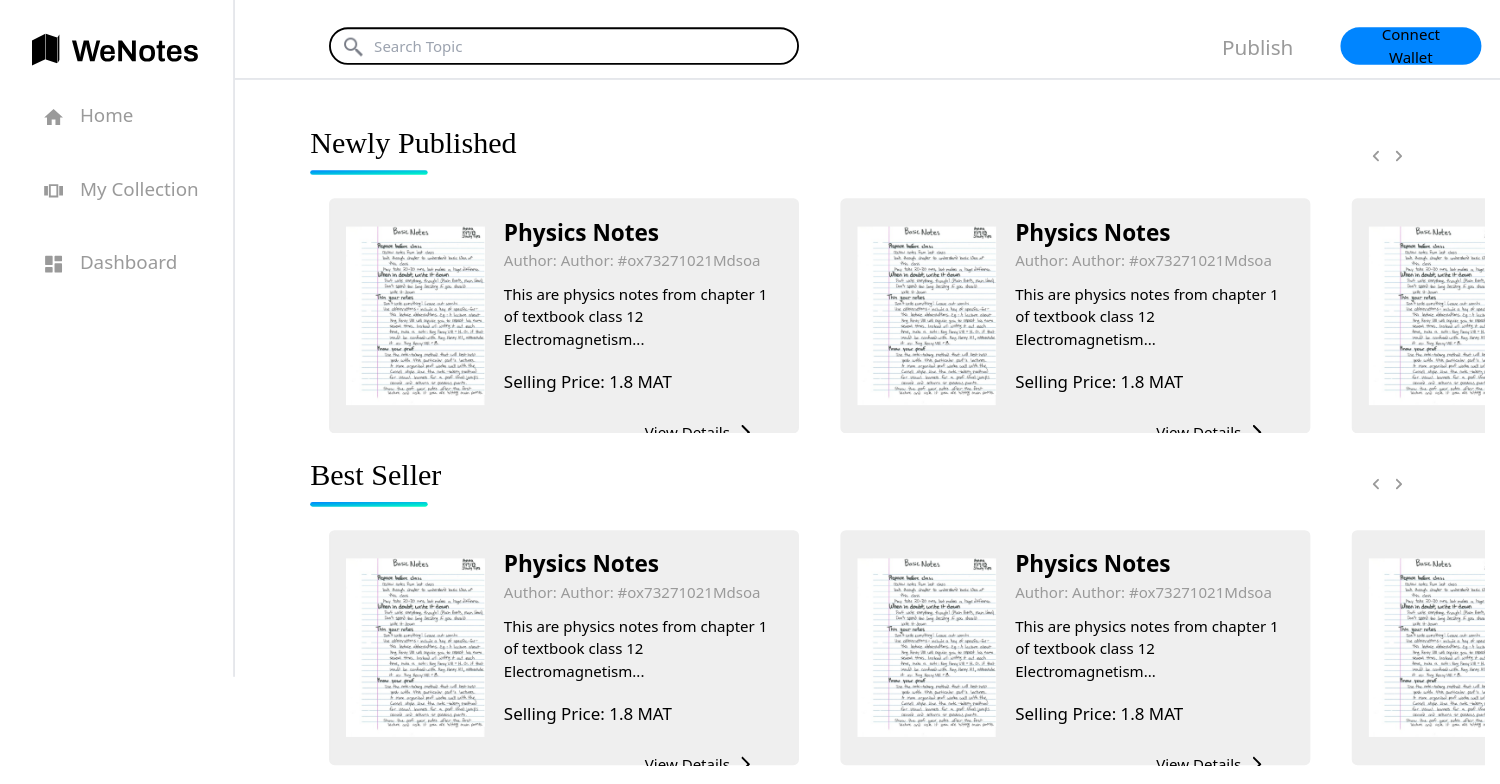
Repository: BhumilModi/WEnotes-Marketplace
Page: /
An editor plug-in stored every save of this project. The page is shown before and after the next save, followed by the edit.
The browser window is 1280 px wide. The page is 1596 px wide, so the pictures cover 1596 px, including what lies to the right of the window. The pictures show the whole page, at 94% of full size.
The project was rebuilt for these pictures with package versions that can differ from the ones it lists, and the page was loaded fresh each time. The framework's server and built-in components were replaced by stand-ins that run in the browser. Also part of the build but not shown: next.config.js.

Above is the page before, as saved 2022-06-02 15:47:51.

After the next save:
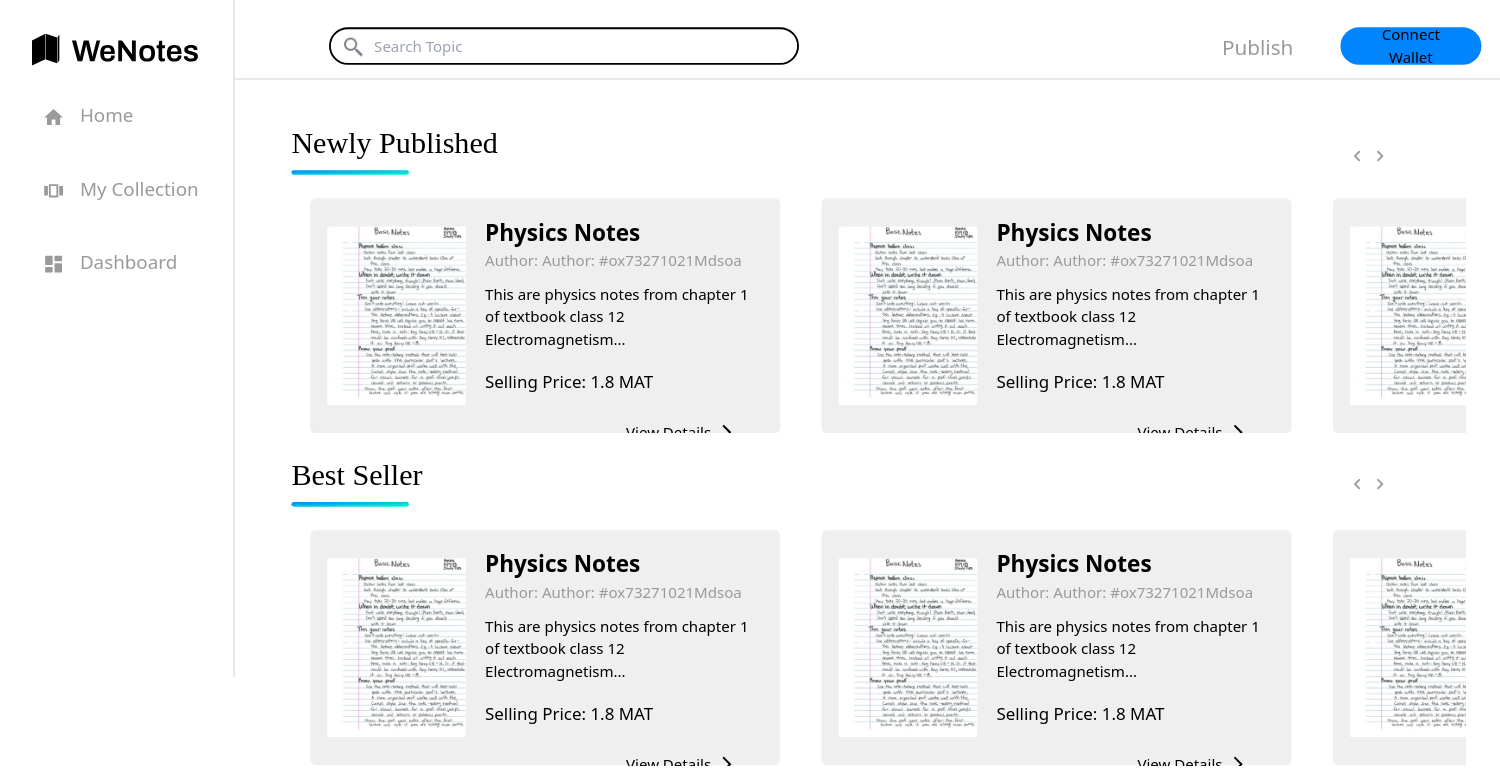
Saved 23 s later.
--- a/pages/index.js
+++ b/pages/index.js
@@ -1,7 +1,7 @@
 import HomeMain from '../components/main'
 
 const style = {
-  wrapper: `flex pt-[15px] pl-[80px]`,
+  wrapper: `flex pt-[15px] pl-[60px]`,
 }
 
 export default function MyApp() {
